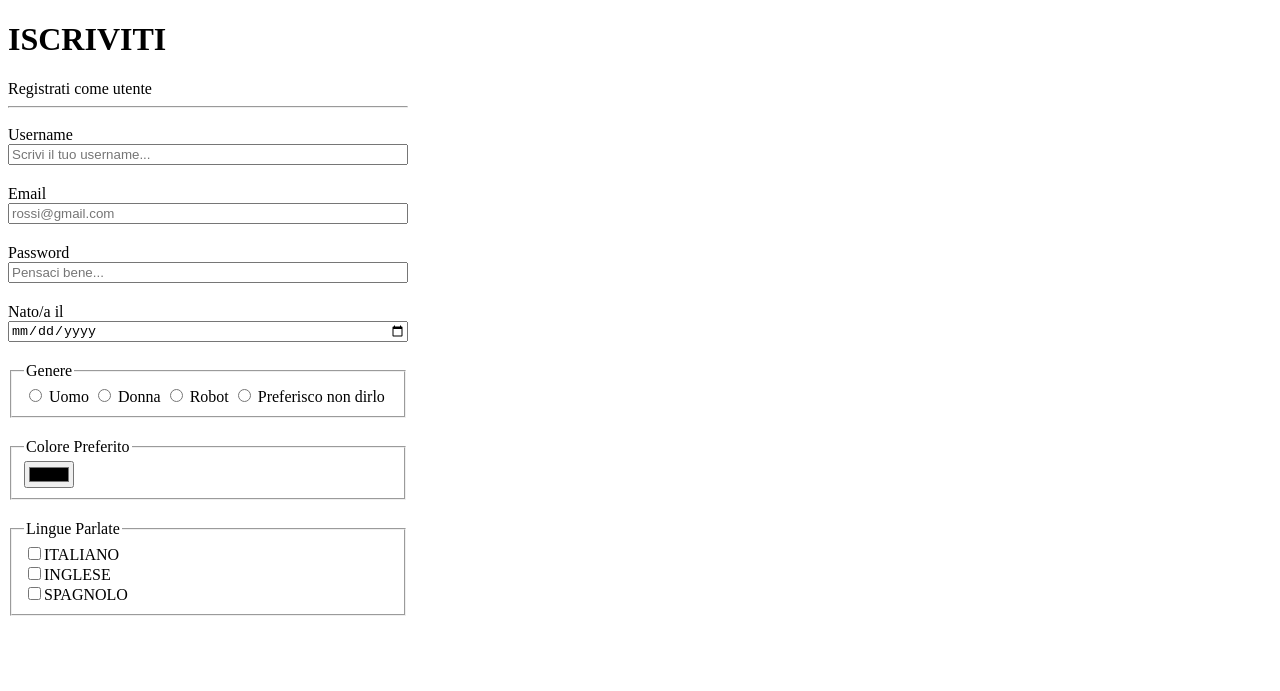
Repository: CryptoFamilyNFT/develhope
Page: html/form.html
These files come from the project's save history. The page is drawn as it stood at one moment and after the next save; the edit follows.
The browser window is 1280 px wide. The pictures show the whole page.

Above is the page before, as saved 2024-11-06 16:24:35.

After the next save:
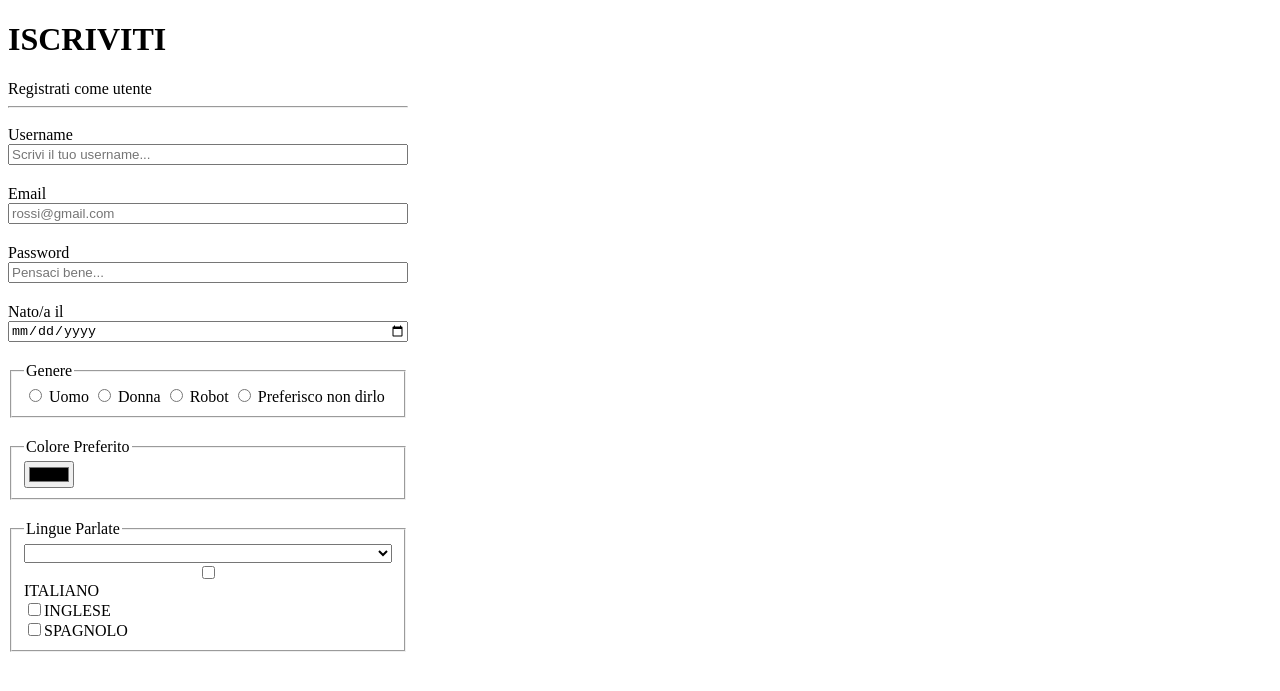
Saved 104 s later.
--- a/html/form.html
+++ b/html/form.html
@@ -99,34 +99,34 @@
           </div>
         </fieldset>
         <fieldset>
-          <legend>
-            Lingue Parlate
-          </legend>
+          <legend>Lingue Parlate</legend>
           <div class="section">
-            <label for="lingue_1">
-              <input
-                id="lingue_1"
-                name="lingue"
-                type="checkbox"
-                value="IT"
-              />ITALIANO
-            </label>
-            <label for="lingue_2">
-              <input
-                id="lingue_2"
-                name="lingue"
-                value="EN"
-                type="checkbox"
-              />INGLESE
-            </label>
-            <label for="lingue_3">
-              <input
-                id="lingue_3"
-                name="lingue"
-                value="ES"
-                type="checkbox"
-              />SPAGNOLO
-            </label>
+            <select id="lingue" name="lingue">
+              <label for="lingue_1">
+                <input
+                  id="lingue_1"
+                  name="lingue"
+                  type="checkbox"
+                  value="IT"
+                />ITALIANO
+              </label>
+              <label for="lingue_2">
+                <input
+                  id="lingue_2"
+                  name="lingue"
+                  value="EN"
+                  type="checkbox"
+                />INGLESE
+              </label>
+              <label for="lingue_3">
+                <input
+                  id="lingue_3"
+                  name="lingue"
+                  value="ES"
+                  type="checkbox"
+                />SPAGNOLO
+              </label>
+            </select>
           </div>
         </fieldset>
       </div>

After the 2 saves that followed:
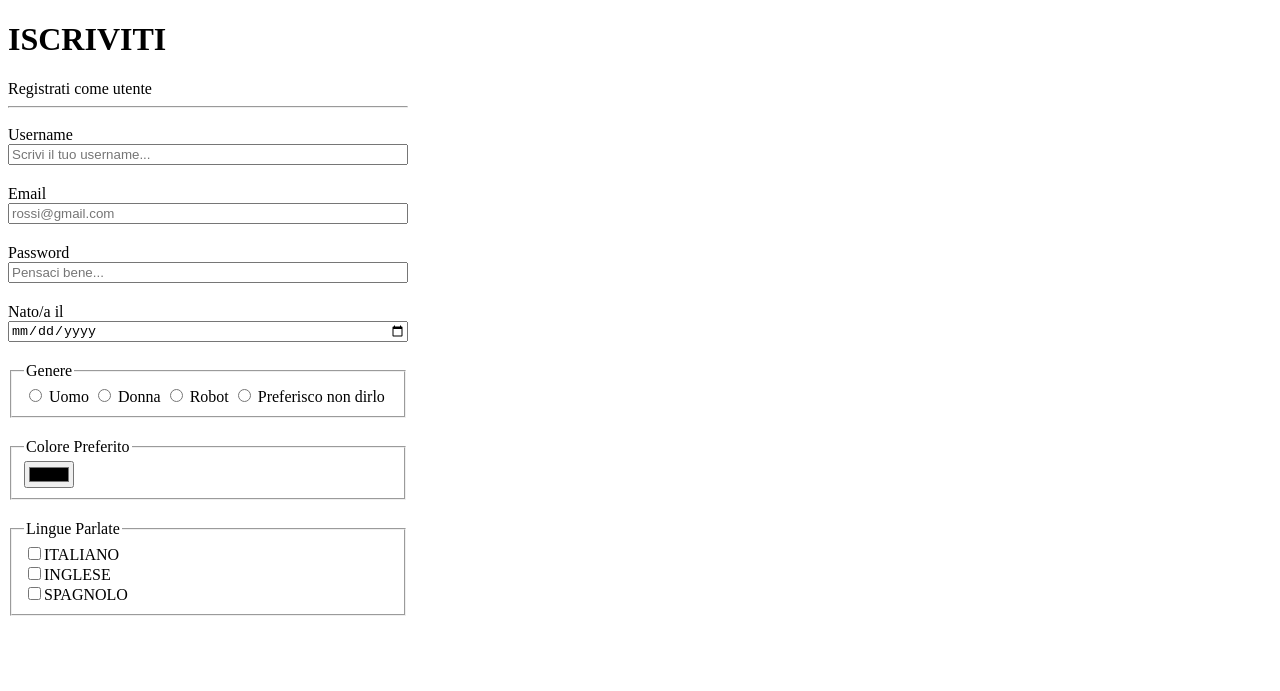
The 2 saves are shown as one change because 1 left the picture as it was.
The last was saved 37 s later.
--- a/html/form.html
+++ b/html/form.html
@@ -99,34 +99,34 @@
           </div>
         </fieldset>
         <fieldset>
-          <legend>Lingue Parlate</legend>
+          <legend>
+            Lingue Parlate
+          </legend>
           <div class="section">
-            <select id="lingue" name="lingue">
-              <label for="lingue_1">
-                <input
-                  id="lingue_1"
-                  name="lingue"
-                  type="checkbox"
-                  value="IT"
-                />ITALIANO
-              </label>
-              <label for="lingue_2">
-                <input
-                  id="lingue_2"
-                  name="lingue"
-                  value="EN"
-                  type="checkbox"
-                />INGLESE
-              </label>
-              <label for="lingue_3">
-                <input
-                  id="lingue_3"
-                  name="lingue"
-                  value="ES"
-                  type="checkbox"
-                />SPAGNOLO
-              </label>
-            </select>
+            <label for="lingue_1">
+              <input
+                id="lingue_1"
+                name="lingue"
+                type="checkbox"
+                value="IT"
+              />ITALIANO
+            </label>
+            <label for="lingue_2">
+              <input
+                id="lingue_2"
+                name="lingue"
+                value="EN"
+                type="checkbox"
+              />INGLESE
+            </label>
+            <label for="lingue_3">
+              <input
+                id="lingue_3"
+                name="lingue"
+                value="ES"
+                type="checkbox"
+              />SPAGNOLO
+            </label>
           </div>
         </fieldset>
       </div>
